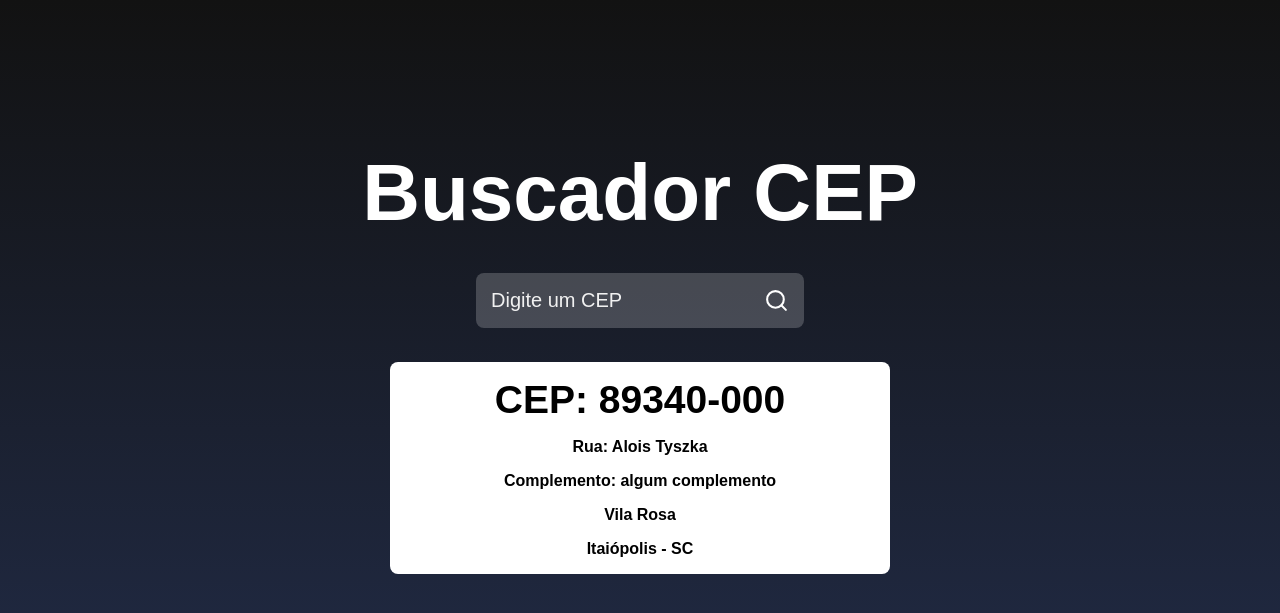
Repository: WelyntonRenan/buscador-cep
Page: / (app in buscador/)
An editor plug-in stored every save of this project. The page is shown before and after a run of saves, followed by the edit.
The browser window is 1280 px wide. The pictures show the whole page.
The project was rebuilt for these pictures with package versions that can differ from the ones it lists, and the page was loaded fresh each time.

Above is the page before, as saved 2022-11-13 23:58:39.

After the next 2 saves:
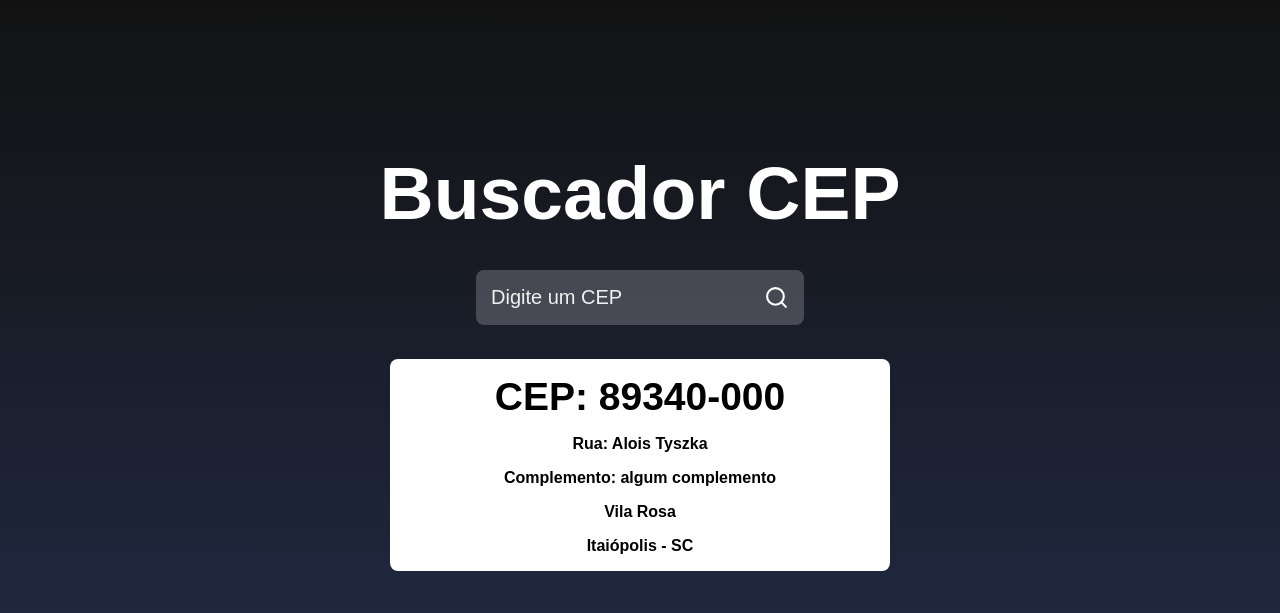
The 2 saves are shown as one change because they came seconds apart.
The last was saved 8 s later.
--- a/buscador/src/styles.css
+++ b/buscador/src/styles.css
@@ -8,7 +8,7 @@
 }
 
 .title {
-  font-size: 80px;
+  font-size: 75px;
   color: #FFF;
   animation: flipTitle 2s;
 }
